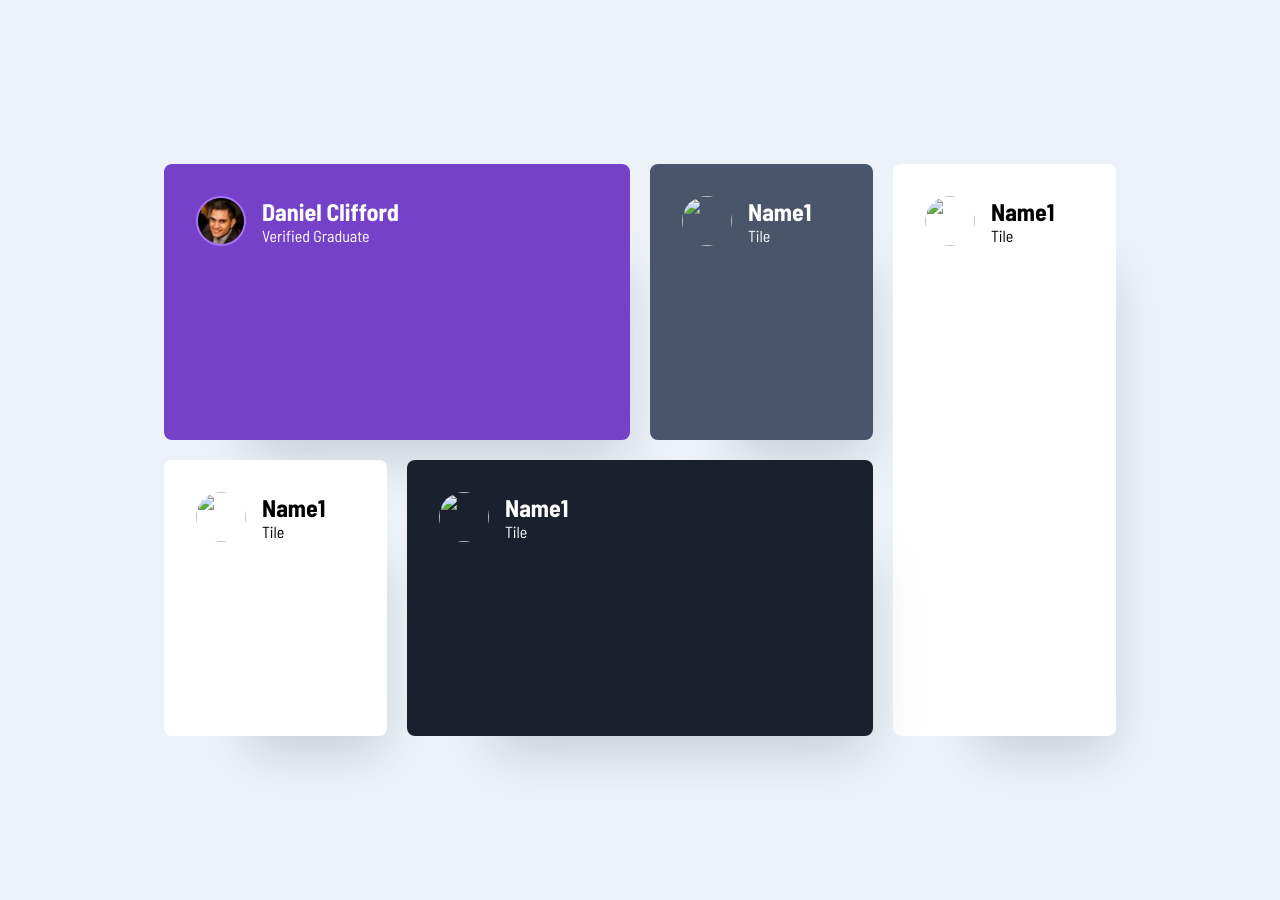
Repository: brandontaylor1/testimonial-card
Page: index.html
The author's editor kept a copy of each file at every save. The page is drawn from the files as they stood at one save, then again after the next save.
The browser window is 1280 px wide. The pictures show the whole page.

Above is the page before, as saved 2025-01-10 23:45:37.

### index.html
<!DOCTYPE html>
<html lang="en">
<head>
    <meta charset="UTF-8">
    <meta name="viewport" content="width=device-width, initial-scale=1.0">
    <link rel="preconnect" href="https://fonts.googleapis.com">
    <link rel="preconnect" href="https://fonts.gstatic.com" crossorigin>
    <link href="https://fonts.googleapis.com/css2?family=Barlow+Semi+Condensed:ital,wght@0,100;0,200;0,300;0,400;0,500;0,600;0,700;0,800;0,900;1,100;1,200;1,300;1,400;1,500;1,600;1,700;1,800;1,900&display=swap" rel="stylesheet">
    <link rel="stylesheet" href="styles.css">
    <title>Testimonial Grid </title>
</head>
<body>
    <section class="container">
        <main class="testimonial-grid">
            <div class="card" id="card-1">
                <div class="profile-content">
                    <img src="./assets/images/image-daniel.jpg" alt="profile image" class="profile-img purple">
                    <div class="profile-text">
                        <h2 class="profile-text-name">Daniel Clifford</h2>
                        <p class="profile-text-title">Verified Graduate</p>
                    </div>
                </div>
                <h1 class="card-heading"></h1>
                <h2 class="card-subheading"></h2>
            </div>
            <div class="card" id="card-2">
                <div class="profile-content">
                    <img src="" alt="" class="profile-img">
                    <div class="profile-text">
                        <h2>Name1</h2>
                        <p>Tile</p>
                    </div>
                </div>
                <h1 class="card-heading"></h1>
                <h2 class="card-subheading"></h2>
            </div>
            <div class="card" id="card-3">
                <div class="profile-content">
                    <img src="" alt="" class="profile-img">
                    <div class="profile-text">
                        <h2>Name1</h2>
                        <p>Tile</p>
                    </div>
                </div>
                <h1 class="card-heading"></h1>
                <h2 class="card-subheading"></h2>
            </div>
            <div class="card" id="card-4">
                <div class="profile-content">
                    <img src="" alt="" class="profile-img">
                    <div class="profile-text">
                        <h2>Name1</h2>
                        <p>Tile</p>
                    </div>
                </div>
                <h1 class="card-heading"></h1>
                <h2 class="card-subheading"></h2>
            </div>
            <div class="card" id="card-5">
                <div class="profile-content">
                    <img src="" alt="" class="profile-img">
                    <div class="profile-text">
                        <h2>Name1</h2>
                        <p>Tile</p>
                    </div>
                </div>
                <h1 class="card-heading"></h1>
                <h2 class="card-subheading"></h2>
            </div>



        </main>
    </section>
</body>
</html>

### styles.css
* {
    margin: 0;
    padding: 0;
    box-sizing: border-box;
}

:root {

    --primary-moderate-violet: hsl(263, 55%, 52%);
    --primary-very-dark-grayish-blue: hsl(217, 19%, 35%);
    --primary-very-dark-blackish-blue: hsl(219, 29%, 14%);
    --primary-white: hsl(0, 0%, 100%);

    --secondary-neurtal-light-gray: hsl(0, 0%, 81%);
    --seconday-light-grayish-blue: hsl(210, 46%, 95%);
}

body {
    background-color: #ECF2F8;
    padding: 164px;
    font-family: "Barlow Semi Condensed", sans-serif;
}

.testimonial-grid {
    display: grid;
    grid-template-columns: repeat(4, 1fr);
    grid-template-rows: repeat(2, 1fr);
    gap: 20px;
    height: 572px;
}

.card {
    height: 100%;
    padding: 2rem;
    border-radius: 8px;
    box-shadow: 40px 60px 50px -47px rgba(72, 85, 106, 0.25);
}

.profile-content {
    display: flex;
    align-items: center;
    gap: 1rem;
}

.profile-content h3 {
    font-size: .9rem;
    font-weight: 500;
}

.profile-img {
    width: 50px;
    height: 50px;
    border-radius: 50%;
}


.purple {
    border: 2px solid #A775F1;
}


#card-1 {
    grid-column: 1 / span 2;
    border-radius: 8px;
    background-color: var(--primary-moderate-violet);
    color: var(--primary-white);
}

#card-2 {
    grid-column: 3 / span 1;
    background-color: var(--primary-very-dark-grayish-blue);
    color: var(--primary-white);

}

#card-3 {
    grid-column: 4 / span 1;
    grid-row: 1 / span 2;
    background-color: var(--primary-white);
}

#card-4 {
    grid-column: 1 / span 1;
    grid-row: 2 / span 1;
    background-color: var(--primary-white);
}

#card-5 {
    grid-column: 2 / span 2;
    grid-row: 2 / span 1;
    background-color: var(--primary-very-dark-blackish-blue);
    color: var(--primary-white);

}

After the next save:
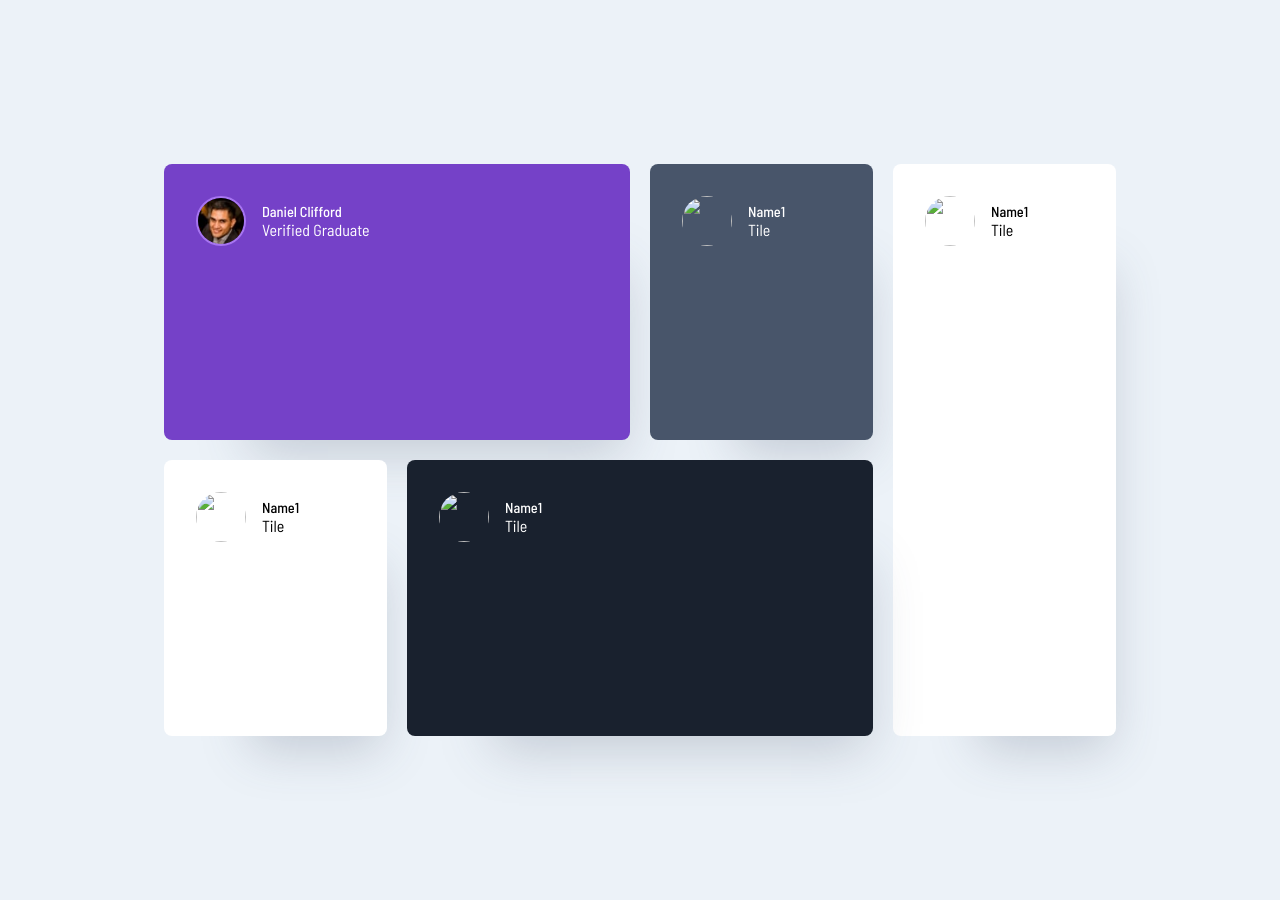
Saved 87 s later.
--- a/index.html
+++ b/index.html
@@ -16,8 +16,8 @@
                 <div class="profile-content">
                     <img src="./assets/images/image-daniel.jpg" alt="profile image" class="profile-img purple">
                     <div class="profile-text">
-                        <h2 class="profile-text-name">Daniel Clifford</h2>
-                        <p class="profile-text-title">Verified Graduate</p>
+                        <h3>Daniel Clifford</h3>
+                        <p>Verified Graduate</p>
                     </div>
                 </div>
                 <h1 class="card-heading"></h1>
@@ -27,7 +27,7 @@
                 <div class="profile-content">
                     <img src="" alt="" class="profile-img">
                     <div class="profile-text">
-                        <h2>Name1</h2>
+                        <h3>Name1</h3>
                         <p>Tile</p>
                     </div>
                 </div>
@@ -38,7 +38,7 @@
                 <div class="profile-content">
                     <img src="" alt="" class="profile-img">
                     <div class="profile-text">
-                        <h2>Name1</h2>
+                        <h3>Name1</h3>
                         <p>Tile</p>
                     </div>
                 </div>
@@ -49,7 +49,7 @@
                 <div class="profile-content">
                     <img src="" alt="" class="profile-img">
                     <div class="profile-text">
-                        <h2>Name1</h2>
+                        <h3>Name1</h3>
                         <p>Tile</p>
                     </div>
                 </div>
@@ -60,7 +60,7 @@
                 <div class="profile-content">
                     <img src="" alt="" class="profile-img">
                     <div class="profile-text">
-                        <h2>Name1</h2>
+                        <h3>Name1</h3>
                         <p>Tile</p>
                     </div>
                 </div>
